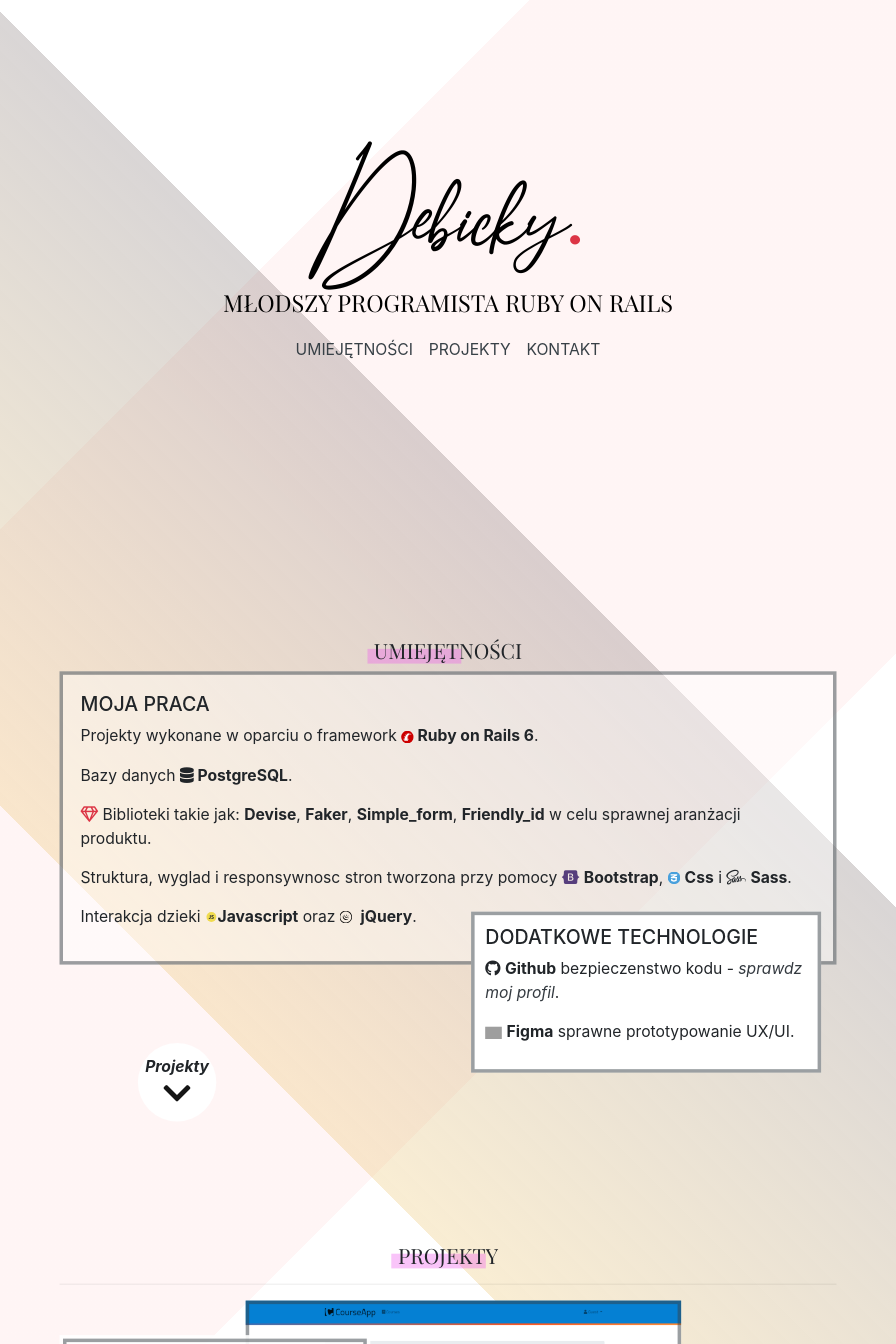
Repository: debicky/debicky.github.io
Page: index.html
The author's editor kept a copy of each file at every save. The page is drawn from the files as they stood at one save, then again after a run of saves.
The browser window is 1280 px wide. The pictures show the part of the page from y = 0 to 1920 px (the page is 4184 px tall before and 4616 px after), at 70% of full size.
Pictures or frames that could not be fetched are drawn as grey boxes. Some web libraries are served in a nearby version.

Above is the page before, as saved 2020-06-15 13:24:21.

### index.html
<!DOCTYPE html>
<html lang="en">
<head>
  <meta charset="UTF-8">
  <meta name="viewport" content="width=device-width, initial-scale=1.0">
  <title>Debicky</title>
  <link rel="stylesheet" href="https://stackpath.bootstrapcdn.com/bootstrap/4.5.0/css/bootstrap.min.css" integrity="sha384-9aIt2nRpC12Uk9gS9baDl411NQApFmC26EwAOH8WgZl5MYYxFfc+NcPb1dKGj7Sk" crossorigin="anonymous">
  <link rel="stylesheet" href="https://cdnjs.cloudflare.com/ajax/libs/font-awesome/5.11.2/css/all.min.css">
  <link rel="stylesheet" href="styles.css">
  <link rel="stylesheet" href="https://unpkg.com/aos@next/dist/aos.css" />

</head>
<body>


  <header>
    <div class="signature" data-aos="fade-in" data-aos-duration="2000">
      <h5 class="signature-heading ">Debicky<span class="text-danger font-weight-bolder">.</span></h5>
      <h3 class="signature-subheading">Młodszy Programista Ruby on Rails</h3>
    </div>

    <div class="container">
      <nav class="navbar navbar-expand-md p-0 rounded" data-aos="fade-in" data-aos-duration="3000">
        <button class="navbar-toggler" type="button" data-toggle="collapse" data-target="#navbarSupportedContent" aria-controls="navbarSupportedContent" aria-expanded="false" aria-label="Toggle navigation">
          <i class="fas fa-bars"></i>
          <i class="fas fa-times"></i>
        </button>

        <div class="collapse navbar-collapse d-md-flex justify-content-center" id="navbarSupportedContent">
          <ul class="navbar-nav">
            <li class="nav-item">
              <a class="nav-link" href="#about">Umiejętności</a>
            </li>
            <li class="nav-item">
              <a class="nav-link" href="#projects">Projekty</a>
            </li>
            <li class="nav-item">
              <a class="nav-link" href="#contact">Kontakt</a>
            </li>
          </ul>
        </div>
      </nav>
    </div>
  </header>

  <section class="about" id="about">
    <div class="container">
      <h1 class="text-center">Umiejętności</h1>

        <div class="about-content">
          <div class="main-about-description">
            <h5 class="text-uppercase">Moja praca</h5>
            <p>Projekty wykonane w oparciu o framework <img src="/images/icons/ror.svg" alt="ror-icon"><b> Ruby on Rails 6</b>.
            <p>Bazy danych <i class="fas fa-database"></i><b> PostgreSQL</b>.</p>
            <p><i class="far fa-gem text-danger"></i> Biblioteki takie jak: <b>Devise</b>, <b>Faker</b>, <b>Simple_form</b>, <b>Friendly_id</b> w celu sprawnej aranżacji produktu. </p>
            <p>Struktura, wyglad i responsywnosc stron tworzona przy pomocy <span><i class="fab fa-bootstrap text-bootstrap"></i> <b>Bootstrap</b></span>, <span><img src="/images/icons/css.svg" alt="css-icon"> <b>Css</b></span> i <span><i class="fab fa-sass"></i> <b>Sass</b></span>.</p>
            <p>Interakcja dzieki <img src="/images/icons/js.svg" alt="js-icon"><b>Javascript</b> oraz <span><img src="/images/icons/jquery.svg" alt="jquery-icon"> <b> jQuery</b></span>.</p>
          </div>
          <div class="minor-about-description">
            <h5 class="text-uppercase">Dodatkowe technologie</h5>
            <p><i class="fab fa-github"></i> <b>Github</b> bezpieczenstwo kodu  - <a href="https://github.com/debicky" target="_blank" class="text-dark font-italic">sprawdz moj profil</a>.</p>
            <p><img src="/images/icons/figma.svg" alt="figma-icon"> <b>Figma</b> sprawne prototypowanie UX/UI.</p>
          </div>
          <div class="project-down d-none d-sm-flex" id="project-down">
            <span class="font-italic"><b>Projekty</b></span>
            <i class="fas fa-chevron-down"></i>
          </div>
        </div>

    </div>
  </section>




  <section class="projects" id="projects">
    <div class="container">
      <h1 class="text-center">Projekty</h1>
      <hr>

        <div class="project-content">
          <div class="project-description">
            <blockquote class="blockquote">
              <p class="mb-0">Course-app</p>
              <span class="blockquote-footer">Platforma e-learningowa.</footer>
            </blockquote>
            <p>Tworz kursy, dodawaj lekcje, sledz postep Twoich uczniow.</p>
            <p>Wybierz interesujacy Cie temat, zakup i ucz sie!</p>
            <div class="btn-group-vertical">
              <a href="https://github.com/debicky/course-application" target="_blank" class="btn btn-outline-dark btn-sm">Dowiedz sie wiecej na Github </a>
              <a href="https://course-application-debart.herokuapp.com/" target="_blank" class="btn btn-outline-primary btn-sm">CourseApp online</a>
            </div>
          </div>
          <div class="project-image">
            <a href="/images/1.jpeg">
              <img src="/images/course.png" alt="img1">
            </a>
          </div>
        </div>

        <div class="project-content">
          <div class="project-description">
            <blockquote class="blockquote">
              <p class="mb-0">Shop-app</p>
              <span class="blockquote-footer">Platforma e-learningowa.</footer>
            </blockquote>
            <p>Tworz kursy, dodawaj lekcje, sledz postep Twoich uczniow.</p>
            <p>Wybierz interesujacy Cie temat, zakup i ucz sie!</p>
            <div class="btn-group-vertical">
              <a href="https://github.com/debicky/course-application" target="_blank" class="btn btn-outline-dark btn-sm">Dowiedz sie wiecej na Github </a>
              <a href="https://course-application-debart.herokuapp.com/" target="_blank" class="btn btn-outline-primary btn-sm">CourseApp online</a>
            </div>
          </div>
          <div class="project-image">
            <a href="/images/1.jpeg">
              <img src="/images/course.png" alt="img1">
            </a>
          </div>
        </div>

        <div class="project-content">
          <div class="project-description">
            <blockquote class="blockquote">
              <p class="mb-0">Shop-app</p>
              <span class="blockquote-footer">Platforma e-learningowa.</footer>
            </blockquote>
            <p>Tworz kursy, dodawaj lekcje, sledz postep Twoich uczniow.</p>
            <p>Wybierz interesujacy Cie temat, zakup i ucz sie!</p>
            <div class="btn-group-vertical">
              <a href="https://github.com/debicky/course-application" target="_blank" class="btn btn-outline-dark btn-sm">Dowiedz sie wiecej na Github </a>
              <a href="https://course-application-debart.herokuapp.com/" target="_blank" class="btn btn-outline-primary btn-sm">CourseApp online</a>
            </div>
          </div>
          <div class="project-image">
            <a href="/images/1.jpeg">
              <img src="/images/course.png" alt="img1">
            </a>
          </div>
        </div>


    </div>
  </section>

  <section class="contact" id="contact">
    <div class="container">
      <h1 class="text-center">Kontakt</h1>
      <hr>

      <div class="row">
        <div class="col-12 col-md-6 col-lg-6 mb-5 mb-md-0">
          <div class="jumbotron">
            Potrzebujesz wiecej informacji?
            Wyslij mi wiadomosc e-mail lub skontaktuj sie przez Messenger!
          </div>
        </div>
        <div class="col-12 col-md-6 col-lg-6 mb-5 mb-md-0">
          <div class="jumbotron">SECOND</div>
        </div>
      </div>
    </div>
  </section>


  <footer class="py-5">
    <div class="up" id="up">
      <i class="fas fa-chevron-up"></i>
    </div>
    <div class="container">
      <div class="row">
        <div class="col-12 col-md-5 col-lg-4 mb-5 mb-md-0">
          <div class="signature-footer">
            <h5 class="signature-footer-heading">Debicky<span class="text-danger font-weight-bolder">.</span></h5>
            <h3 class="signature-footer-subheading">Programista Ruby on Rails</h3>
          </div>
          <small class="d-block mt-2 text-muted">&copy; 2020</small>
        </div>
        <div class="col-12 col-md-5 col-lg-4 mb-5">
          <h5 class="text-uppercase">Media</h5>
            <ul class="list-unstyled mb-0">
              <li>
                <a href="https://www.facebook.com/artur.debicki.5" class="text-muted"><i class="fab fa-facebook"></i> Facebook</a>
              </li>
              <li>
                <a href="https://www.instagram.com/debicky" class="text-muted"><i class="fab fa-instagram"></i> Instagram</a>
              </li>
              <li>
                <a href="https://github.com/debicky" class="text-muted"><i class="fab fa-github"></i> Github</a>
              </li>
            </ul>
        </div>
        <div class="col-12 col-md-5 col-lg-4">
          <h5 class="text-uppercase">Kontakt</h5>
            <ul class="list-unstyled mb-0">
              <li>
                <a href="mailto:arturd444@gmail.com" class="text-muted"><i class="fas fa-envelope"></i> arturd444@gmail.com</a>
              </li>
              <li>
                <p class="text-muted"><i class="fa fa-phone"></i> +48 692 138 221</p>
              </li>
            </ul>
        </div>
      </div>
    </div>
  </footer>



  <script src="https://code.jquery.com/jquery-3.5.0.min.js" crossorigin="anonymous"></script>
  <script src="https://cdn.jsdelivr.net/npm/popper.js@1.16.0/dist/umd/popper.min.js" integrity="sha384-Q6E9RHvbIyZFJoft+2mJbHaEWldlvI9IOYy5n3zV9zzTtmI3UksdQRVvoxMfooAo" crossorigin="anonymous"></script>
  <script src="https://stackpath.bootstrapcdn.com/bootstrap/4.5.0/js/bootstrap.min.js" integrity="sha384-OgVRvuATP1z7JjHLkuOU7Xw704+h835Lr+6QL9UvYjZE3Ipu6Tp75j7Bh/kR0JKI" crossorigin="anonymous"></script>
  <script src="https://unpkg.com/aos@next/dist/aos.js"></script>
  <script src="script.js"></script>

</body>
</html>

### styles.css
@import url('https://fonts.googleapis.com/css?family=Playfair+Display+SC|Roboto:300,400&display=swap');

@font-face {
  font-family: "AmostelySignature";
  src: url("/fonts/AmostelySignature.ttf");
  }


* {
  margin: 0;
  padding: 0;
  box-sizing: border-box;
}

body {
  background-image: linear-gradient(45deg, transparent 0%, transparent 55%,rgba(238, 202, 125, 0.336) 55%, rgba(83, 67, 67, 0.219) 76%,transparent 76%, transparent 100%),linear-gradient(135deg, transparent 0%, transparent 14%,rgba(255,1,1, 0.04) 14%, rgba(255,1,1, 0.04) 41%,transparent 41%, transparent 100%),linear-gradient(45deg, transparent 0%, transparent 2%,rgba(255,1,1, 0.04) 2%, rgba(255,1,1, 0.04) 18%,transparent 18%, transparent 100%),linear-gradient(135deg, transparent 0%, transparent 61%,rgba(255,1,1, 0.04) 61%, rgba(255,1,1, 0.04) 71%,transparent 71%, transparent 100%),linear-gradient(90deg, rgb(255,255,255),rgb(255,255,255));
}

html {
  font-family: "Roboto", sans-serif;

}

a:hover {
  text-decoration: none;
}

.text-bootstrap{
  color: #563d7c;
}

p span{
  white-space: pre;
}

/* Heading */

header{
  height: 100vh;
  width: 100%;
  display: flex;
  flex-direction: column;
  align-items: center;
  justify-content: center;

}

.signature{
  color: black;
  text-align: center;
  user-select: none;
}

.signature-heading{
  font-family: 'AmostelySignature', cursive;
  font-size: 7rem;
  margin-bottom: 30px;
}

.signature-subheading{
  font-family: 'Playfair Display SC', sans-serif;
  font-size: 1.5rem;
  text-transform: uppercase;
  margin-bottom: 20px;
}

/* Navbar */

.navbar{
  background-color: #384147;
}

.navbar-toggler i{
  color: #fff;
  font-size: 1.2rem;
}

.navbar-toggler .fa-times{
  display: none;
}

.navbar-toggler.menu-open  .fa-bars{
  display: none;
}

.navbar-toggler.menu-open  .fa-times{
  display: block;
}

.navbar-nav{
  padding: 20px;
}

.nav-link{
  color: #fff;
  text-transform: uppercase;
  transition: opacity .5s;
  font-size: 1rem;
}

.nav-link:hover{
  color: maroon;
}

/* about */

.about {
  height: 100vh;
  justify-content: center;
  align-items: center;
}

.about img{
height: 18px;
}

.main-about-description{
  width: 100%;
  background-color: rgba(255, 255, 255, .4);
  padding: 30px;
  outline: 5px solid rgba(56, 65, 71, 0.5);
  outline-offset: -5px;
  order: 1;
  margin-top: 5px;
}

.minor-about-description{
  width: 100%;
  background-color: rgba(255, 255, 255, .4);
  padding: 30px;
  outline: 5px solid rgba(56, 65, 71, 0.5);
  outline-offset: -5px;
  order: 1;
  margin-top: 5px;
}

.project-down{
  flex-direction: column;
  justify-content: center;
  align-items: center;
  width: 5rem;
  height: 5rem;
  background-color: #fff;
  border-radius: 100%;
  margin: 5rem;
  animation: pulse 2.5s infinite;
  cursor: pointer;
  z-index: 1;
}

.project-down i{
  color: #151515;
  font-size: 2rem;
}





/* section headers */

section h1{
  font-family: 'Playfair Display SC', sans-serif;
  font-size: 30px;
  text-transform: uppercase;
  position: relative;
  z-index: 1;
}

section h1::before {
  content: ' ';
  position: absolute;
  width: 6rem;
  background: #ec52ec57;
  height: .7em;
  bottom: 0;
  z-index: -1;
  margin-left: -.3em;
}

/* Projects */

.projects{
  margin-top: 20vh;
}

.project-content{
  margin-bottom: 10vh;
}

.project-description{
  width: 100%;
  background-color: rgba(255, 255, 255, 0.9);
  padding: 40px;
  outline: 5px solid rgba(56, 65, 71, 0.5);
  outline-offset: -5px;
  order: 1;
  margin-top: 5px;
}

.project-image{
  order: 2;
}

.project-image img{
  outline: 5px solid rgba(56, 65, 71, 0.5);
  outline-offset: -5px;
  width: 100%;
  height: auto;
  display: block;
}







/* Contact */

.contact{
  height: 70vh;
}


.jumbotron{
  width: 100%;
  display: flex;
  align-items: center;
  justify-content: center;
}

/* Footer */


footer {
  background-color: #151515;
  color: #fff;
}

.signature-footer{
  user-select: none;
}

.signature-footer-heading{
  font-family: 'AmostelySignature', cursive;
  font-size: 50px;
  margin-bottom: 30px;
  color: #fff;
}

.signature-footer-subheading{
  font-family: 'Playfair Display SC', sans-serif;
  font-size: 12px;
  text-transform: uppercase;
  color: #fff;
}

footer h5{
  font-family: 'Playfair Display SC', sans-serif;

}


a.text-muted:hover{
  color: maroon !important;
}

.up{
  position: absolute;
  width: 5rem;
  height: 5rem;
  background-color: #fff;
  right: 3rem;
  border-radius: 100%;
  display: flex;
  animation: pulse 2.5s infinite;
  cursor: pointer;
  z-index: 1;
}

.up i{
  color: #151515;
  font-size: 2rem;
  margin: auto;
}

@keyframes pulse {
  0%{
    box-shadow: 0 0 0 0 rgba(238, 132, 125, 0.99);
  }
  70%{
    box-shadow: 0 0 0 2rem rgba(238, 202, 125, 0);

  }
  100%{
    box-shadow: 0 0 0 0 rgba(238, 202, 125, 0);

  }
}

/* Responsive */

@media screen and (min-width: 768px) {
  .navbar{
    background-color: transparent;
  }
  .navbar-nav{
    padding: 0;
  }
  .nav-link{
    color: #384147;
  }

  nav:hover .nav-link:not(:hover){
    opacity: .5;
  }

  /* about resposnive */

  .about{
    margin-top: 15%;
  }

  .about-content{
    position: relative;
    display: block;
  }

  .minor-about-description{
    position: absolute;
    transform: translateY(-35%);
    left: 53%;
    width: 45%;
    padding: 20px;
    background-color: #fff;
  }



  /* project responsive */
  .project-content{
    position: relative;
    display: block;
  }

  .project-description{
    position: absolute;
    top: 80%;
    transform: translateY(-50%);
    width: 60%;
    outline-offset: -10px;
  }

  .project-image img{
    width: 70%;
    margin-left: auto;
  }

}

@media screen and (min-width: 1200px) {
  html{
    font-size: 1.4rem;
  }

  .project-description{
    top: 60%;
    width: 40%;
  }

  .project-image{
    width: 80%;
  }

  .contact{
    height: 70vh;
  }

  footer{
    height: 30vh;
  }

}

### script.js
$(document).ready(function () {

  AOS.init();


  $('.navbar-toggler').on('click', function () {
    $(this).toggleClass('menu-open');
  })

  $('.navbar .nav-link').on('click', function () {
    $('.navbar-collapse').toggleClass('show')
    $('.navbar-toggler').removeClass('menu-open')
  });

  $('nav a[href*="#').on('click', function () {
    $('html, body').animate({
      scrollTop: $($(this).attr('href')).offset().top - 100
    }, 900);
  });

  $('#project-down').on('click', function () {
    $('html, body').animate({
      scrollTop: $('#projects').offset().top - 10
    }, 900);
  });

  $('#up').on('click', function () {
    $('html, body').animate({
      scrollTop: 0
    }, 900);
  });






})

After the next 2 saves:
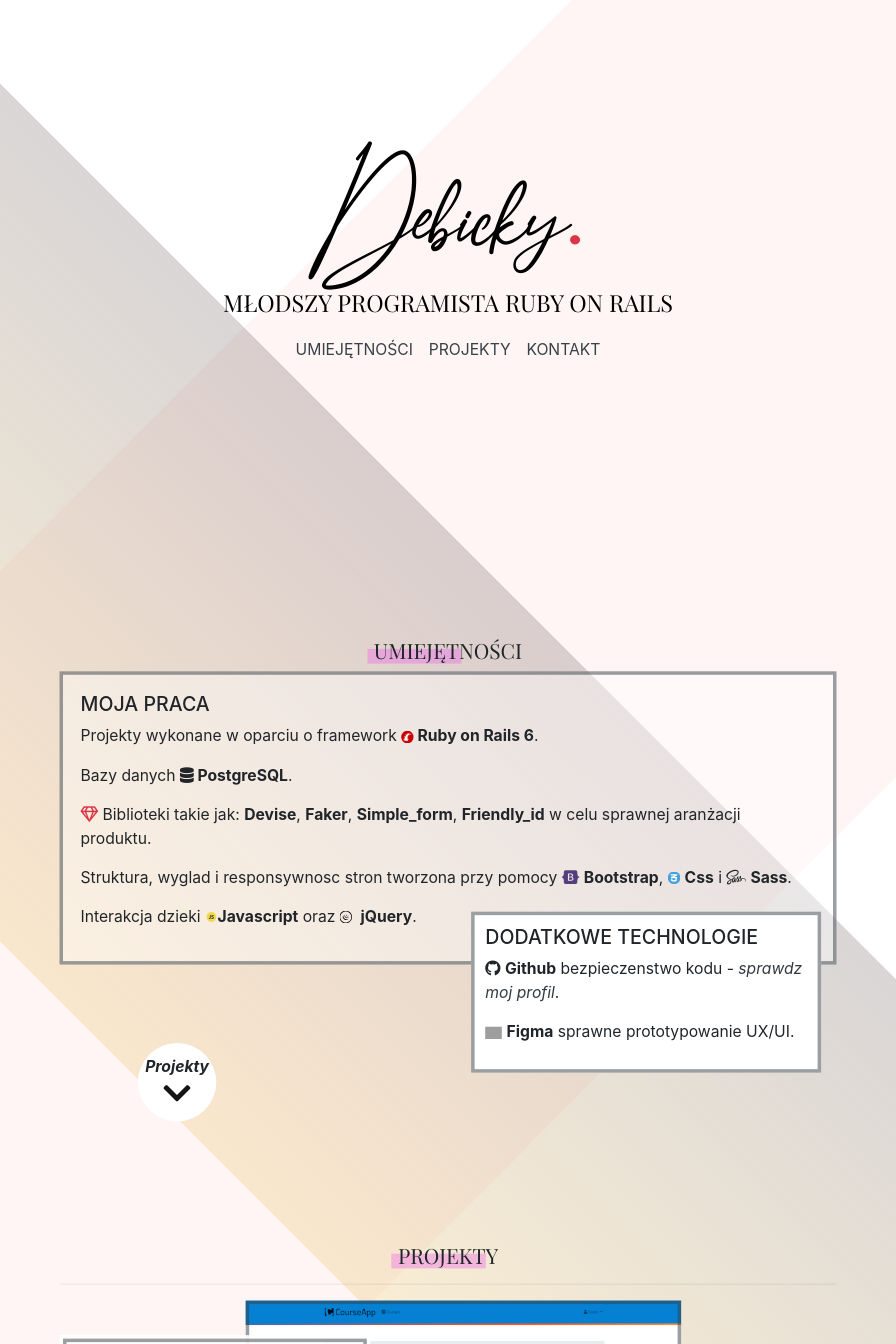
The 2 saves are shown as one change because they came seconds apart.
The last was saved 30 s later.
--- a/styles.css
+++ b/styles.css
@@ -336,6 +336,10 @@ a.text-muted:hover{
     background-color: #fff;
   }
 
+  .project-content{
+    margin-bottom: 30vh;
+  }
+
 
 
   /* project responsive */
